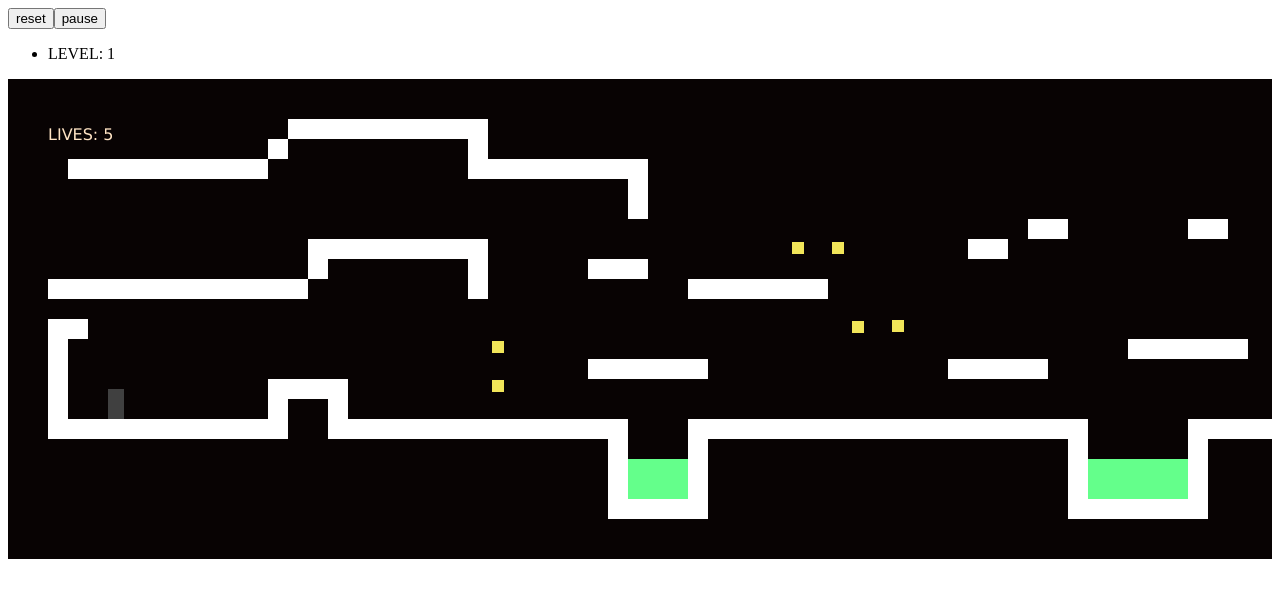
Repository: luccas-teddy/examenlucas
Page: index.html
The author's editor kept a copy of each file at every save. The page is drawn from the files as they stood at one save, then again after the next save.
The browser window is 1280 px wide. The pictures show the whole page.

Above is the page before, as saved 2021-02-11 23:31:41.

### index.html
<!doctype html>
<table>
<tr>
  <button id="reset" class="gamebutton" onclick="this.blur();">reset</button>
  <button id="pause" class="gamebutton" onclick="this.blur();">pause</button>
</tr>


<ul>
  <li id="lives" class="statss">LIVES: 5</li>
  <li id="level" class="stats">LEVEL: 1</li>
</ul>
</table>


<script src="code/chapter/16_game.js"></script>
<script src="code/levels.js"></script>

<link rel="stylesheet" href="css/game.css">

<body>
  <script>
    runGame(GAME_LEVELS, DOMDisplay);
  </script>
</body>

### code/chapter/16_game.js
var simpleLevelPlan = `
......................
..#................#..
..#..............=.#..
..#.........o.o....#..
..#.@......#####...#..
..#####............#..
......#++++++++++++#..
......##############..
......................`;

var Level = class Level {
  constructor(plan) {
    let rows = plan.trim().split("\n").map(l => [...l]);
    this.height = rows.length;
    this.width = rows[0].length;
    this.startActors = [];

    this.rows = rows.map((row, y) => {
      return row.map((ch, x) => {
        let type = levelChars[ch];
        if (typeof type == "string") return type;
        this.startActors.push(
          type.create(new Vec(x, y), ch));
        return "empty";
      });
    });
  }
}

var State = class State {
  constructor(level, actors, status) {
    this.level = level;
    this.actors = actors;
    this.status = status;
  }

  static start(level) {
    return new State(level, level.startActors, "playing");
  }

  get player() {
    return this.actors.find(a => a.type == "player");
  }
}

var Vec = class Vec {
  constructor(x, y) {
    this.x = x; this.y = y;
  }
  plus(other) {
    return new Vec(this.x + other.x, this.y + other.y);
  }
  times(factor) {
    return new Vec(this.x * factor, this.y * factor);
  }
}

var Player = class Player {
  constructor(pos, speed) {
    this.pos = pos;
    this.speed = speed;
  }

  get type() { return "player"; }

  static create(pos) {
    return new Player(pos.plus(new Vec(0, -0.5)),
                      new Vec(0, 0));
  }
}

Player.prototype.size = new Vec(0.8, 1.5);

var Lava = class Lava {
  constructor(pos, speed, reset) {
    this.pos = pos;
    this.speed = speed;
    this.reset = reset;
  }

  get type() { return "lava"; }

  static create(pos, ch) {
    if (ch == "=") {
      return new Lava(pos, new Vec(2, 0));
    } else if (ch == "|") {
      return new Lava(pos, new Vec(0, 2));
    } else if (ch == "v") {
      return new Lava(pos, new Vec(0, 3), pos);
    }
  }
}

Lava.prototype.size = new Vec(1, 1);

var Coin = class Coin {
  constructor(pos, basePos, wobble) {
    this.pos = pos;
    this.basePos = basePos;
    this.wobble = wobble;
  }

  get type() { return "coin"; }

  static create(pos) {
    let basePos = pos.plus(new Vec(0.2, 0.1));
    return new Coin(basePos, basePos,
                    Math.random() * Math.PI * 2);
  }
}

Coin.prototype.size = new Vec(0.6, 0.6);

var levelChars = {
  ".": "empty", "#": "wall", "+": "lava",
  "@": Player, "o": Coin,
  "=": Lava, "|": Lava, "v": Lava
};

var simpleLevel = new Level(simpleLevelPlan);

function elt(name, attrs, ...children) {
  let dom = document.createElement(name);
  for (let attr of Object.keys(attrs)) {
    dom.setAttribute(attr, attrs[attr]);
  }
  for (let child of children) {
    dom.appendChild(child);
  }
  return dom;
}

var DOMDisplay = class DOMDisplay {
  constructor(parent, level) {
    this.dom = elt("div", {class: "game"}, drawGrid(level));
    this.actorLayer = null;
    parent.appendChild(this.dom);
  }

  clear() { this.dom.remove(); }
}

var scale = 20;

function drawGrid(level) {
  return elt("table", {
    class: "background",
    style: `width: ${level.width * scale}px`
  }, ...level.rows.map(row =>
    elt("tr", {style: `height: ${scale}px`},
        ...row.map(type => elt("td", {class: type})))
  ));
}

function drawActors(actors) {
  return elt("div", {}, ...actors.map(actor => {
    let rect = elt("div", {class: `actor ${actor.type}`});
    rect.style.width = `${actor.size.x * scale}px`;
    rect.style.height = `${actor.size.y * scale}px`;
    rect.style.left = `${actor.pos.x * scale}px`;
    rect.style.top = `${actor.pos.y * scale}px`;
    return rect;
  }));
}

DOMDisplay.prototype.syncState = function(state) {
  if (this.actorLayer) this.actorLayer.remove();
  this.actorLayer = drawActors(state.actors);
  this.dom.appendChild(this.actorLayer);
  this.dom.className = `game ${state.status}`;
  this.scrollPlayerIntoView(state);
};

DOMDisplay.prototype.scrollPlayerIntoView = function(state) {
  let width = this.dom.clientWidth;
  let height = this.dom.clientHeight;
  let margin = width / 3;

  // The viewport
  let left = this.dom.scrollLeft, right = left + width;
  let top = this.dom.scrollTop, bottom = top + height;

  let player = state.player;
  let center = player.pos.plus(player.size.times(0.5))
                         .times(scale);

  if (center.x < left + margin) {
    this.dom.scrollLeft = center.x - margin;
  } else if (center.x > right - margin) {
    this.dom.scrollLeft = center.x + margin - width;
  }
  if (center.y < top + margin) {
    this.dom.scrollTop = center.y - margin;
  } else if (center.y > bottom - margin) {
    this.dom.scrollTop = center.y + margin - height;
  }
};

Level.prototype.touches = function(pos, size, type) {
  var xStart = Math.floor(pos.x);
  var xEnd = Math.ceil(pos.x + size.x);
  var yStart = Math.floor(pos.y);
  var yEnd = Math.ceil(pos.y + size.y);

  for (var y = yStart; y < yEnd; y++) {
    for (var x = xStart; x < xEnd; x++) {
      let isOutside = x < 0 || x >= this.width ||
                      y < 0 || y >= this.height;
      let here = isOutside ? "wall" : this.rows[y][x];
      if (here == type) return true;
    }
  }
  return false;
};

State.prototype.update = function(time, keys) {
  let actors = this.actors
    .map(actor => actor.update(time, this, keys));
  let newState = new State(this.level, actors, this.status);

  if (newState.status != "playing") return newState;

  let player = newState.player;
  if (this.level.touches(player.pos, player.size, "lava")) {
    return new State(this.level, actors, "lost");
  }

  for (let actor of actors) {
    if (actor != player && overlap(actor, player)) {
      newState = actor.collide(newState);
    }
  }
  return newState;
};

function overlap(actor1, actor2) {
  return actor1.pos.x + actor1.size.x > actor2.pos.x &&
         actor1.pos.x < actor2.pos.x + actor2.size.x &&
         actor1.pos.y + actor1.size.y > actor2.pos.y &&
         actor1.pos.y < actor2.pos.y + actor2.size.y;
}

Lava.prototype.collide = function(state) {
  return new State(state.level, state.actors, "lost");
};

Coin.prototype.collide = function(state) {
  let filtered = state.actors.filter(a => a != this);
  let status = state.status;
  if (!filtered.some(a => a.type == "coin")) status = "won";
  return new State(state.level, filtered, status);
};

Lava.prototype.update = function(time, state) {
  let newPos = this.pos.plus(this.speed.times(time));
  if (!state.level.touches(newPos, this.size, "wall")) {
    return new Lava(newPos, this.speed, this.reset);
  } else if (this.reset) {
    return new Lava(this.reset, this.speed, this.reset);
  } else {
    return new Lava(this.pos, this.speed.times(-1));
  }
};

var wobbleSpeed = 8, wobbleDist = 0.07;

Coin.prototype.update = function(time) {
  let wobble = this.wobble + time * wobbleSpeed;
  let wobblePos = Math.sin(wobble) * wobbleDist;
  return new Coin(this.basePos.plus(new Vec(0, wobblePos)),
                  this.basePos, wobble);
};

var playerXSpeed = 7;
var gravity = 30;
var jumpSpeed = 17;

Player.prototype.update = function(time, state, keys) {
  let xSpeed = 0;
  if (keys.ArrowLeft) xSpeed -= playerXSpeed;
  if (keys.ArrowRight) xSpeed += playerXSpeed;
  let pos = this.pos;
  let movedX = pos.plus(new Vec(xSpeed * time, 0));
  if (!state.level.touches(movedX, this.size, "wall")) {
    pos = movedX;
  }

  let ySpeed = this.speed.y + time * gravity;
  let movedY = pos.plus(new Vec(0, ySpeed * time));
  if (!state.level.touches(movedY, this.size, "wall")) {
    pos = movedY;
  } else if (keys.ArrowUp && ySpeed > 0) {
    ySpeed = -jumpSpeed;
  } else {
    ySpeed = 0;
  }
  return new Player(pos, new Vec(xSpeed, ySpeed));
};

function trackKeys(keys) {
  let down = Object.create(null);
  function track(event) {
    if (keys.includes(event.key)) {
      down[event.key] = event.type == "keydown";
      event.preventDefault();
    }
  }
  window.addEventListener("keydown", track);
  window.addEventListener("keyup", track);
  return down;
}

var arrowKeys =
  trackKeys(["ArrowLeft", "ArrowRight", "ArrowUp"]);

function runAnimation(frameFunc) {
  let lastTime = null;
  function frame(time) {
    if (lastTime != null) {
      let timeStep = Math.min(time - lastTime, 100) / 1000;
      if (frameFunc(timeStep) === false) return;
    }
    lastTime = time;
    requestAnimationFrame(frame);
  }
  requestAnimationFrame(frame);
}

function runLevel(level, Display) {
  let display = new Display(document.body, level);
  let state = State.start(level);
  let ending = 1;
  return new Promise(resolve => {
    runAnimation(time => {
      state = state.update(time, arrowKeys);
      display.syncState(state);
      if (state.status == "playing") {
        return true;
      } else if (ending > 0) {
        ending -= time;
        return true;
      } else {
        display.clear();
        resolve(state.status);
        return false;
      }
    });
  });
}

async function runGame(plans, Display) {
  for (let level = 0; level < plans.length;) {
    let status = await runLevel(new Level(plans[level]),
                                Display);
    if (status == "won") level++;
  }
  console.log("You've won!");
}

### css/game.css
.background    { background-color:rgb(8, 3, 3)
}

 .background     {background :rgb (55, 167, 250)
                  background-image:url(taza.jpg);
                  background-repeat :no-repeat;
                  background-size: cover ;
                   table-layout: fixed;
                   border-spacing:  0;   }

.background td   { padding: 0;   }
.lava            { background: rgb(100, 255, 139); }
.wall            { background: rgb(255, 255, 255);   }

.actor  { position: absolute;  }

.coin   { background: rgb(241, 229, 89); }
.player { background: rgb(64, 64, 64); }

.game {
  overflow: hidden;
  max-width: 1500px;
  max-height: 820px;
  position: relative;
}

.lost .player {
  background: rgb(64, 106, 160);
}
.won .player {
  box-shadow: -4px -7px 8px white, 4px -7px 8px white;
}
stats{
     list-style-type: none;
  font-family: "jack Sans", "Lucida Sans Regular", "jack Grande",
    "jak Sans Unicode", Geneva, Verdana, sans-serif;
  text-transform: uppercase;
  color: rgb(199, 300, 255);
  z-index: 10;
  position: absolute;
  text-align: left;
  margin-top: 50px;
}
.statss{
   list-style-type: none;
  font-family: "Lucida Sans", "Lucida Sans Regular", "Lucida Grande",
    "jack Sans Unicode", Geneva, Verdana, sans-serif;
  text-transform: uppercase;
  color: bisque;
  z-index: 10;
  position: absolute;
  text-align: left;
  margin-top: 80px;
}

Loaded but not shown: code/levels.js (221 lines, source omitted)

After the next save:
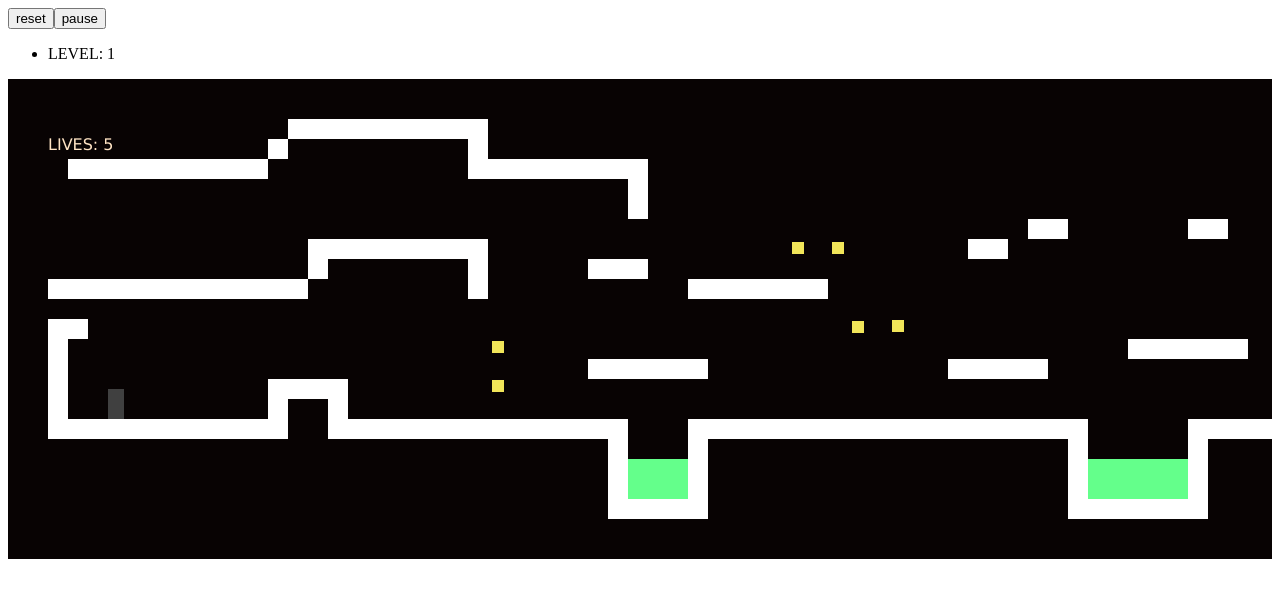
Saved 27 s later.
--- a/css/game.css
+++ b/css/game.css
@@ -47,8 +47,8 @@ stats{
     "jack Sans Unicode", Geneva, Verdana, sans-serif;
   text-transform: uppercase;
   color: bisque;
-  z-index: 10;
+  z-index: 11;
   position: absolute;
   text-align: left;
-  margin-top: 80px;
+  margin-top: 90px;
 }
